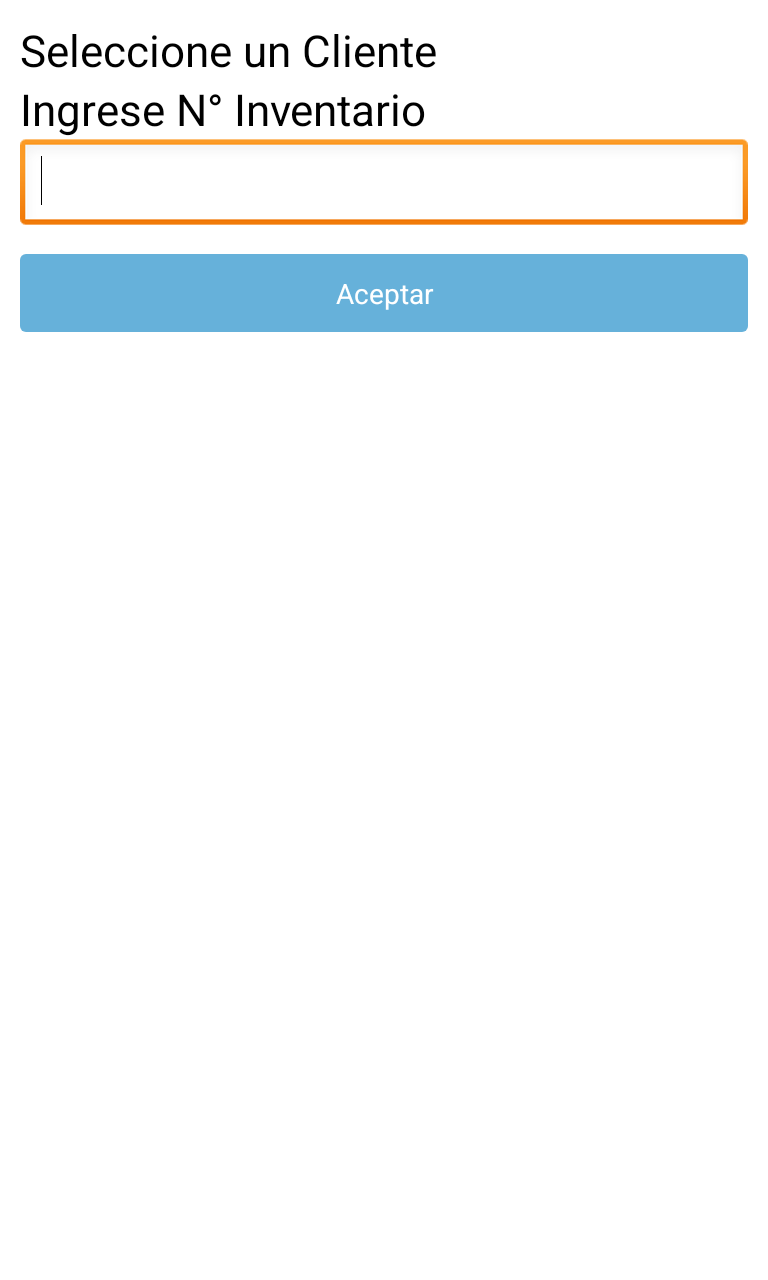
Repository: arodriguezp2003/aqandroid
Layout: BlueFlameWMS/res/layout/seleccioncliente.xml
These files come from the project's save history. The layout is drawn as it stood at one moment and after the next save; the edit follows.
It is drawn on a 768 x 1280 px phone screen (xhdpi) without system bars, with theme android:Theme.Light.NoTitleBar; the app's code is not run. Lists and similar views that code fills are empty.

Above is the layout before, as saved 2014-06-24 18:17:54.

After the next save:
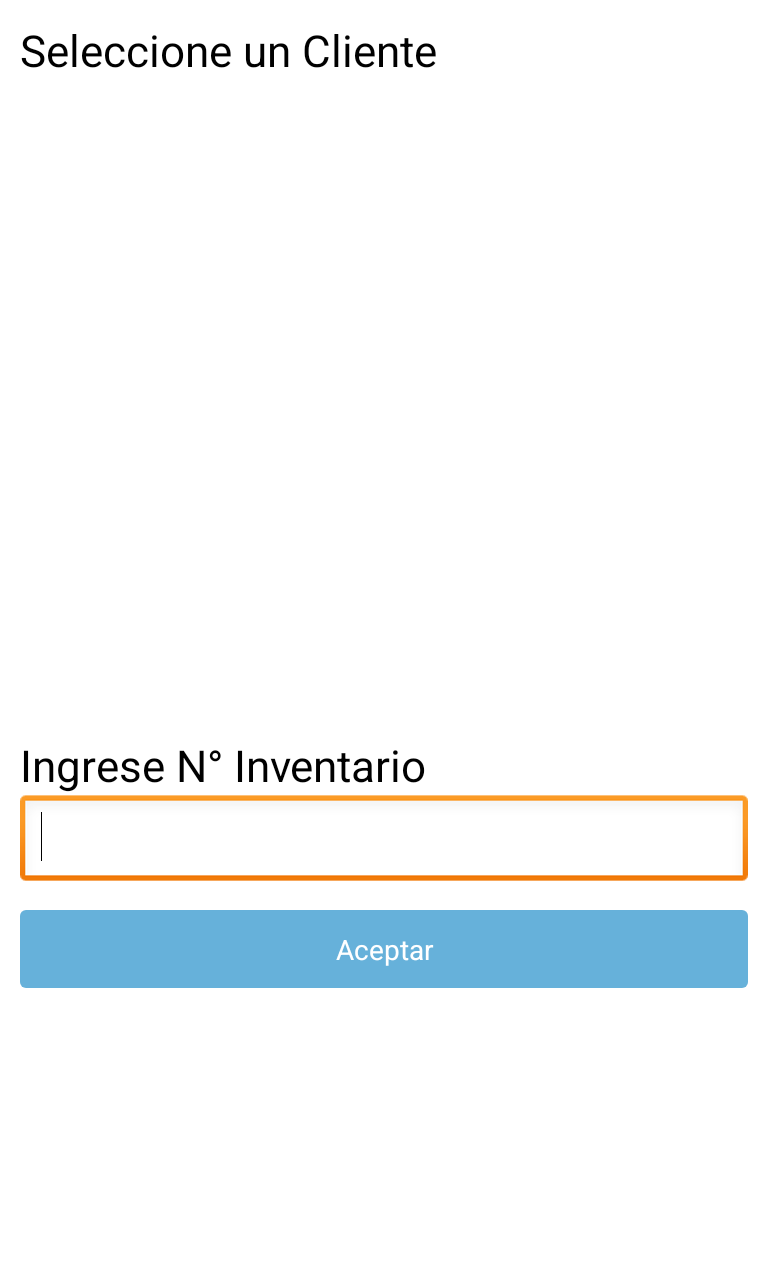
Saved 9 s later.
--- a/BlueFlameWMS/res/layout/seleccioncliente.xml
+++ b/BlueFlameWMS/res/layout/seleccioncliente.xml
@@ -14,9 +14,10 @@
         android:text="Seleccione un Cliente"/>
 
   <ListView
-        android:id="@+id/sc_Clientes"
-        android:layout_width="match_parent"
-        android:layout_height="wrap_content" >
+      android:id="@+id/sc_Clientes"
+      android:layout_width="match_parent"
+      android:layout_height="328dp" >
+
     </ListView>
 
     <TextView android:layout_width="fill_parent"
